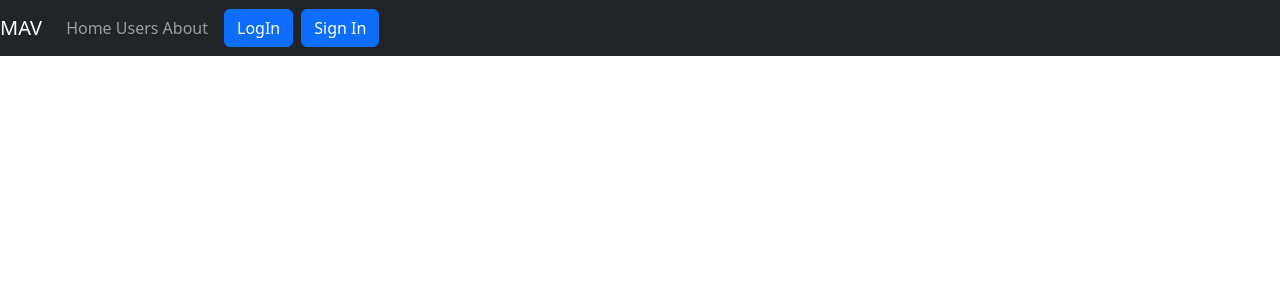
Repository: Dekabrist94/Bootstrap-First-Page
Page: /
An editor plug-in stored every save of this project. The page is shown before and after the next save, followed by the edit.
The browser window is 1280 px wide. The pictures show the whole page.
The project was rebuilt for these pictures with package versions that can differ from the ones it lists, and the page was loaded fresh each time.

Above is the page before, as saved 2023-04-07 23:50:55.

### src/App.js
import React from 'react';
import { Navibar } from './components/Navibar';
import 'bootstrap/dist/css/bootstrap.min.css';

function App() {
  return <Navibar />;
}

export default App;

### src/components/Navibar.js
import React from 'react';
import { Nav, Navbar, Button, Link } from 'react-bootstrap';

export const Navibar = () => {
  return (
    <>
      <Navbar collapseOnSelect expand="lg" bg="dark" variant="dark">
        <Navbar.Brand>MAV</Navbar.Brand> {/*LOGO */}
        <Navbar.Toggle aria-controls="responsive-navbar-nav" /> {/* Svernut Menu */}
        <Navbar.Collapse id="responsive-navbar-nav">
          {/*Razvernut Menu */}
          <Nav className="mr-auto">
            <Nav.Link>Home Users About</Nav.Link>
          </Nav>
          <Nav>
            <Button variant="primary" className="ms-2 me-2">
              LogIn
            </Button>
            <Button variant="primary">Sign In</Button>
          </Nav>
        </Navbar.Collapse>
      </Navbar>
    </>
  );
};

Loaded but not shown: public/index.html (common file); src/index.js (common file); src/index.css (common file); src/reportWebVitals.js (common file)

After the next save:
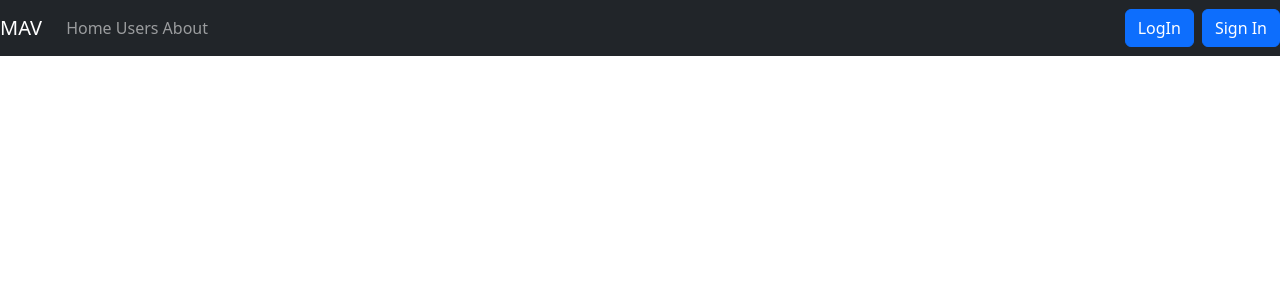
Saved 21 s later.
--- a/src/components/Navibar.js
+++ b/src/components/Navibar.js
@@ -9,7 +9,7 @@ export const Navibar = () => {
         <Navbar.Toggle aria-controls="responsive-navbar-nav" /> {/* Svernut Menu */}
         <Navbar.Collapse id="responsive-navbar-nav">
           {/*Razvernut Menu */}
-          <Nav className="mr-auto">
+          <Nav className="me-auto">
             <Nav.Link>Home Users About</Nav.Link>
           </Nav>
           <Nav>
